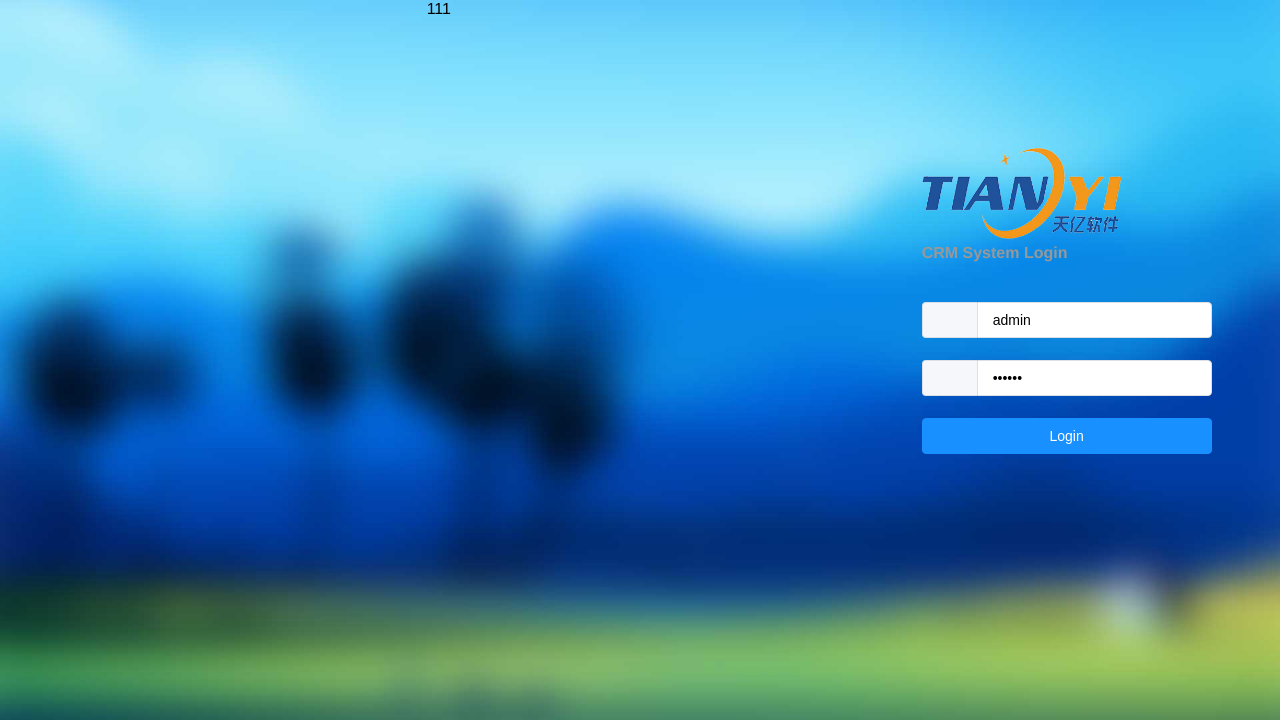
Repository: JasonMMM/ty-crm-sys
Page: /
These files come from the project's save history. The page is drawn as it stood at one moment and after a run of saves; the edit follows.
The browser window is 1280 px wide. The pictures show the whole page.
The project was rebuilt for these pictures with package versions that can differ from the ones it lists, and the page was loaded fresh each time. Also part of the build but not shown: vue.config.js, src/components/RightPanel/index.vue, src/layout/components/AppMain.vue, src/utils/i18n.js, src/components/Breadcrumb/index.vue, src/components/Hamburger/index.vue, src/components/ErrorLog/index.vue, src/components/Screenfull/index.vue and 18 more.

Above is the page before, as saved 2020-07-24 09:05:07.

### src/styles/element-variables.scss
/**
* I think element-ui's default theme color is too light for long-term use.
* So I modified the default color and you can modify it to your liking.
**/

/* theme color */
$--color-primary: #1890ff;
$--color-success: #13ce66;
$--color-warning: #ffba00;
$--color-danger: #ff4949;
// $--color-info: #1E1E1E;

$--button-font-weight: 400;

// $--color-text-regular: #1f2d3d;

$--border-color-light: #dfe4ed;
$--border-color-lighter: #e6ebf5;

$--table-border: 1px solid #dfe6ec;

/* icon font path, required */
$--font-path: "~element-ui/lib/theme-chalk/fonts";

@import "~element-ui/packages/theme-chalk/src/index";

// the :export directive is the magic sauce for webpack
// https://www.bluematador.com/blog/how-to-share-variables-between-js-and-sass
:export {
  theme: $--color-primary;
}

### src/styles/index.scss
@import './variables.scss';
@import './mixin.scss';
@import './transition.scss';
@import './element-ui.scss';
@import './sidebar.scss';
@import './btn.scss';

body {
  height: 100%;
  -moz-osx-font-smoothing: grayscale;
  -webkit-font-smoothing: antialiased;
  text-rendering: optimizeLegibility;
  font-family: Helvetica Neue, Helvetica, PingFang SC, Hiragino Sans GB, Microsoft YaHei, Arial, sans-serif;
}

label {
  font-weight: 700;
}

html {
  height: 100%;
  box-sizing: border-box;
}

#app {
  height: 100%;
}

*,
*:before,
*:after {
  box-sizing: inherit;
}

.no-padding {
  padding: 0px !important;
}

.padding-content {
  padding: 4px 0;
}

a:focus,
a:active {
  outline: none;
}

a,
a:focus,
a:hover {
  cursor: pointer;
  color: inherit;
  text-decoration: none;
}

div:focus {
  outline: none;
}

.fr {
  float: right;
}

.fl {
  float: left;
}

.pr-5 {
  padding-right: 5px;
}

.pl-5 {
  padding-left: 5px;
}

.block {
  display: block;
}

.pointer {
  cursor: pointer;
}

.inlineBlock {
  display: block;
}

.clearfix {
  &:after {
    visibility: hidden;
    display: block;
    font-size: 0;
    content: " ";
    clear: both;
    height: 0;
  }
}

aside {
  background: #eef1f6;
  padding: 8px 24px;
  margin-bottom: 20px;
  border-radius: 2px;
  display: block;
  line-height: 32px;
  font-size: 16px;
  font-family: -apple-system, BlinkMacSystemFont, "Segoe UI", Roboto, Oxygen, Ubuntu, Cantarell, "Fira Sans", "Droid Sans", "Helvetica Neue", sans-serif;
  color: #2c3e50;
  -webkit-font-smoothing: antialiased;
  -moz-osx-font-smoothing: grayscale;

  a {
    color: #337ab7;
    cursor: pointer;

    &:hover {
      color: rgb(32, 160, 255);
    }
  }
}

//main-container全局样式
.app-container {
  padding: 20px;
}

.components-container {
  margin: 30px 50px;
  position: relative;
}

.pagination-container {
  margin-top: 30px;
}

.text-center {
  text-align: center
}

.sub-navbar {
  height: 50px;
  line-height: 50px;
  position: relative;
  width: 100%;
  text-align: right;
  padding-right: 20px;
  transition: 600ms ease position;
  background: linear-gradient(90deg, rgba(32, 182, 249, 1) 0%, rgba(32, 182, 249, 1) 0%, rgba(33, 120, 241, 1) 100%, rgba(33, 120, 241, 1) 100%);

  .subtitle {
    font-size: 20px;
    color: #fff;
  }

  &.draft {
    background: #d0d0d0;
  }

  &.deleted {
    background: #d0d0d0;
  }
}

.link-type,
.link-type:focus {
  color: #337ab7;
  cursor: pointer;

  &:hover {
    color: rgb(32, 160, 255);
  }
}

.filter-container {
  padding-bottom: 10px;

  .filter-item {
    display: inline-block;
    vertical-align: middle;
    margin-bottom: 10px;
  }
}

//refine vue-multiselect plugin
.multiselect {
  line-height: 16px;
}

.multiselect--active {
  z-index: 1000 !important;
}

### src/utils/error-log.js
import Vue from 'vue'
import store from '@/store'
import { isString, isArray } from '@/utils/validate'
import settings from '@/settings'

// you can set in settings.js
// errorLog:'production' | ['production', 'development']
const { errorLog: needErrorLog } = settings

function checkNeed() {
  const env = process.env.NODE_ENV
  if (isString(needErrorLog)) {
    return env === needErrorLog
  }
  if (isArray(needErrorLog)) {
    return needErrorLog.includes(env)
  }
  return false
}

if (checkNeed()) {
  Vue.config.errorHandler = function(err, vm, info, a) {
  // Don't ask me why I use Vue.nextTick, it just a hack.
  // detail see https://forum.vuejs.org/t/dispatch-in-vue-config-errorhandler-has-some-problem/23500
    Vue.nextTick(() => {
      store.dispatch('errorLog/addErrorLog', {
        err,
        vm,
        info,
        url: window.location.href
      })
      console.error(err, info)
    })
  }
}

### src/styles/mixin.scss
@mixin clearfix {
  &:after {
    content: "";
    display: table;
    clear: both;
  }
}

@mixin scrollBar {
  &::-webkit-scrollbar-track-piece {
    background: #d3dce6;
  }

  &::-webkit-scrollbar {
    width: 6px;
  }

  &::-webkit-scrollbar-thumb {
    background: #99a9bf;
    border-radius: 20px;
  }
}

@mixin relative {
  position: relative;
  width: 100%;
  height: 100%;
}

@mixin pct($pct) {
  width: #{$pct};
  position: relative;
  margin: 0 auto;
}

@mixin triangle($width, $height, $color, $direction) {
  $width: $width/2;
  $color-border-style: $height solid $color;
  $transparent-border-style: $width solid transparent;
  height: 0;
  width: 0;

  @if $direction==up {
    border-bottom: $color-border-style;
    border-left: $transparent-border-style;
    border-right: $transparent-border-style;
  }

  @else if $direction==right {
    border-left: $color-border-style;
    border-top: $transparent-border-style;
    border-bottom: $transparent-border-style;
  }

  @else if $direction==down {
    border-top: $color-border-style;
    border-left: $transparent-border-style;
    border-right: $transparent-border-style;
  }

  @else if $direction==left {
    border-right: $color-border-style;
    border-top: $transparent-border-style;
    border-bottom: $transparent-border-style;
  }
}

### src/styles/transition.scss
// global transition css

/* fade */
.fade-enter-active,
.fade-leave-active {
  transition: opacity 0.28s;
}

.fade-enter,
.fade-leave-active {
  opacity: 0;
}

/* fade-transform */
.fade-transform-leave-active,
.fade-transform-enter-active {
  transition: all .5s;
}

.fade-transform-enter {
  opacity: 0;
  transform: translateX(-30px);
}

.fade-transform-leave-to {
  opacity: 0;
  transform: translateX(30px);
}

/* breadcrumb transition */
.breadcrumb-enter-active,
.breadcrumb-leave-active {
  transition: all .5s;
}

.breadcrumb-enter,
.breadcrumb-leave-active {
  opacity: 0;
  transform: translateX(20px);
}

.breadcrumb-move {
  transition: all .5s;
}

.breadcrumb-leave-active {
  position: absolute;
}

### src/styles/element-ui.scss
// cover some element-ui styles

.el-breadcrumb__inner,
.el-breadcrumb__inner a {
  font-weight: 400 !important;
}

.el-upload {
  input[type="file"] {
    display: none !important;
  }
}

.el-upload__input {
  display: none;
}

.cell {
  .el-tag {
    margin-right: 0px;
  }
}

.small-padding {
  .cell {
    padding-left: 5px;
    padding-right: 5px;
  }
}

.fixed-width {
  .el-button--mini {
    padding: 7px 10px;
    min-width: 60px;
  }
}

.status-col {
  .cell {
    padding: 0 10px;
    text-align: center;

    .el-tag {
      margin-right: 0px;
    }
  }
}

// to fixed https://github.com/ElemeFE/element/issues/2461
.el-dialog {
  transform: none;
  left: 0;
  position: relative;
  margin: 0 auto;
}

// refine element ui upload
.upload-container {
  .el-upload {
    width: 100%;

    .el-upload-dragger {
      width: 100%;
      height: 200px;
    }
  }
}

// dropdown
.el-dropdown-menu {
  a {
    display: block
  }
}

// fix date-picker ui bug in filter-item
.el-range-editor.el-input__inner {
  display: inline-flex !important;
}

// to fix el-date-picker css style
.el-range-separator {
  box-sizing: content-box;
}

### src/styles/sidebar.scss
#app {

  .main-container {
    min-height: 100%;
    transition: margin-left .28s;
    margin-left: $sideBarWidth;
    position: relative;
  }

  .sidebar-container {
    transition: width 0.28s;
    width: $sideBarWidth !important;
    background-color: $menuBg;
    height: 100%;
    position: fixed;
    font-size: 0px;
    top: 0;
    bottom: 0;
    left: 0;
    z-index: 1001;
    overflow: hidden;

    // reset element-ui css
    .horizontal-collapse-transition {
      transition: 0s width ease-in-out, 0s padding-left ease-in-out, 0s padding-right ease-in-out;
    }

    .scrollbar-wrapper {
      overflow-x: hidden !important;
    }

    .el-scrollbar__bar.is-vertical {
      right: 0px;
    }

    .el-scrollbar {
      height: 100%;
    }

    &.has-logo {
      .el-scrollbar {
        height: calc(100% - 50px);
      }
    }

    .is-horizontal {
      display: none;
    }

    a {
      display: inline-block;
      width: 100%;
      overflow: hidden;
    }

    .svg-icon {
      margin-right: 16px;
    }

    .sub-el-icon {
      margin-right: 12px;
      margin-left: -2px;
    }

    .el-menu {
      border: none;
      height: 100%;
      width: 100% !important;
    }

    // menu hover
    .submenu-title-noDropdown,
    .el-submenu__title {
      &:hover {
        background-color: $menuHover !important;
      }
    }

    .is-active>.el-submenu__title {
      color: $subMenuActiveText !important;
    }

    & .nest-menu .el-submenu>.el-submenu__title,
    & .el-submenu .el-menu-item {
      min-width: $sideBarWidth !important;
      background-color: $subMenuBg !important;

      &:hover {
        background-color: $subMenuHover !important;
      }
    }
  }

  .hideSidebar {
    .sidebar-container {
      width: 54px !important;
    }

    .main-container {
      margin-left: 54px;
    }

    .submenu-title-noDropdown {
      padding: 0 !important;
      position: relative;

      .el-tooltip {
        padding: 0 !important;

        .svg-icon {
          margin-left: 20px;
        }

        .sub-el-icon {
          margin-left: 19px;
        }
      }
    }

    .el-submenu {
      overflow: hidden;

      &>.el-submenu__title {
        padding: 0 !important;

        .svg-icon {
          margin-left: 20px;
        }

        .sub-el-icon {
          margin-left: 19px;
        }

        .el-submenu__icon-arrow {
          display: none;
        }
      }
    }

    .el-menu--collapse {
      .el-submenu {
        &>.el-submenu__title {
          &>span {
            height: 0;
            width: 0;
            overflow: hidden;
            visibility: hidden;
            display: inline-block;
          }
        }
      }
    }
  }

  .el-menu--collapse .el-menu .el-submenu {
    min-width: $sideBarWidth !important;
  }

  // mobile responsive
  .mobile {
    .main-container {
      margin-left: 0px;
    }

    .sidebar-container {
      transition: transform .28s;
      width: $sideBarWidth !important;
    }

    &.hideSidebar {
      .sidebar-container {
        pointer-events: none;
        transition-duration: 0.3s;
        transform: translate3d(-$sideBarWidth, 0, 0);
      }
    }
  }

  .withoutAnimation {

    .main-container,
    .sidebar-container {
      transition: none;
    }
  }
}

// when menu collapsed
.el-menu--vertical {
  &>.el-menu {
    .svg-icon {
      margin-right: 16px;
    }
    .sub-el-icon {
      margin-right: 12px;
      margin-left: -2px;
    }
  }

  .nest-menu .el-submenu>.el-submenu__title,
  .el-menu-item {
    &:hover {
      // you can use $subMenuHover
      background-color: $menuHover !important;
    }
  }

  // the scroll bar appears when the subMenu is too long
  >.el-menu--popup {
    max-height: 100vh;
    overflow-y: auto;

    &::-webkit-scrollbar-track-piece {
      background: #d3dce6;
    }

    &::-webkit-scrollbar {
      width: 6px;
    }

    &::-webkit-scrollbar-thumb {
      background: #99a9bf;
      border-radius: 20px;
    }
  }
}

### src/styles/btn.scss
@import './variables.scss';

@mixin colorBtn($color) {
  background: $color;

  &:hover {
    color: $color;

    &:before,
    &:after {
      background: $color;
    }
  }
}

.blue-btn {
  @include colorBtn($blue)
}

.light-blue-btn {
  @include colorBtn($light-blue)
}

.red-btn {
  @include colorBtn($red)
}

.pink-btn {
  @include colorBtn($pink)
}

.green-btn {
  @include colorBtn($green)
}

.tiffany-btn {
  @include colorBtn($tiffany)
}

.yellow-btn {
  @include colorBtn($yellow)
}

.pan-btn {
  font-size: 14px;
  color: #fff;
  padding: 14px 36px;
  border-radius: 8px;
  border: none;
  outline: none;
  transition: 600ms ease all;
  position: relative;
  display: inline-block;

  &:hover {
    background: #fff;

    &:before,
    &:after {
      width: 100%;
      transition: 600ms ease all;
    }
  }

  &:before,
  &:after {
    content: '';
    position: absolute;
    top: 0;
    right: 0;
    height: 2px;
    width: 0;
    transition: 400ms ease all;
  }

  &::after {
    right: inherit;
    top: inherit;
    left: 0;
    bottom: 0;
  }
}

.custom-button {
  display: inline-block;
  line-height: 1;
  white-space: nowrap;
  cursor: pointer;
  background: #fff;
  color: #fff;
  -webkit-appearance: none;
  text-align: center;
  box-sizing: border-box;
  outline: 0;
  margin: 0;
  padding: 10px 15px;
  font-size: 14px;
  border-radius: 4px;
}

### src/views/login/index.vue
<template>
  <div class="login-container">
    <img class="login-bg-img" src="@/assets/images/login/blur/morning_blur.jpg" alt="">
    <el-row class="login-container-row">
      <el-col :sm="8" :offset="8" class="hidden-sm-and-down">
        111
      </el-col>
      <el-col :sm="8" :xs="{span: 20, offset: 2}" class="login-left-col">
        <el-form
          ref="loginForm"
          :model="loginForm"
          :rules="loginRules"
          class="login-form"
          autocomplete="on"
          label-position="left"
        >
          <el-col :sm="{span: 18, offset:3}">
            <div class="title-logo">
              <img src="@/assets/images/tianyi_logo_png.png" alt="">
            </div>
            <div class="title-container">
              <h3 class="title">{{ $t('login.title') }}</h3>
              <lang-select class="set-language" />
            </div>
            <el-form-item prop="username">
              <el-input
                ref="username"
                v-model="loginForm.username"
                :placeholder="$t('login.username')"
                name="username"
                type="text"
                autocomplete="on"
              >
                <template slot="prepend">
                  <svg-icon icon-class="user" />
                </template>
              </el-input>
            </el-form-item>

            <el-tooltip v-model="capsTooltip" content="大写已打开" placement="right" manual>
              <el-form-item prop="password">
                <el-input
                  :key="passwordType"
                  ref="password"
                  v-model="loginForm.password"
                  :type="passwordType"
                  :placeholder="$t('login.password')"
                  name="password"
                  tabindex="2"
                  autocomplete="on"
                  @keyup.native="checkCapslock"
                  @blur="capsTooltip = false"
                  @keyup.enter.native="handleLogin"
                >
                  <template slot="prepend">
                    <svg-icon icon-class="password" />
                  </template>
                </el-input>
                <span class="show-pwd" @click="showPwd">
                  <svg-icon :icon-class="passwordType === 'password' ? 'eye' : 'eye-open'" />
                </span>
              </el-form-item>
            </el-tooltip>

            <el-button
              :loading="loading"
              type="primary"
              style="width:100%;margin-bottom:30px;"
              @click.native.prevent="handleLogin"
            >{{ $t('login.logIn') }}</el-button>
          </el-col>
        </el-form>
      </el-col>
    </el-row>
  </div>
</template>

<script>
import { validUsername } from "@/utils/validate";
import LangSelect from "@/components/LangSelect";
import SocialSign from "./components/SocialSignin";

export default {
  name: "Login",
  components: { LangSelect, SocialSign },
  data() {
    return {
      loginForm: {
        username: "admin",
        password: "111111",
      },
      loginRules: {
        username: [
          { required: true, trigger: "change", message: "请输入用户名"},
        ],
        password: [
          { required: true, trigger: "blur", message: "请输入密码"},
        ],
      },
      passwordType: "password",
      capsTooltip: false,
      loading: false,
      showDialog: false,
      redirect: undefined,
      otherQuery: {},
    };
  },
  watch: {
    $route: {
      handler: function (route) {
        const query = route.query;
        if (query) {
          this.redirect = query.redirect;
          this.otherQuery = this.getOtherQuery(query);
        }
      },
      immediate: true,
    },
  },
  created() {
    // window.addEventListener('storage', this.afterQRScan)
  },
  mounted() {
    if (this.loginForm.username === "") {
      this.$refs.username.focus();
    } else if (this.loginForm.password === "") {
      this.$refs.password.focus();
    }
  },
  destroyed() {
    // window.removeEventListener('storage', this.afterQRScan)
  },
  methods: {
    checkCapslock(e) {
      const { key } = e;
      this.capsTooltip = key && key.length === 1 && key >= "A" && key <= "Z";
    },
    showPwd() {
      if (this.passwordType === "password") {
        this.passwordType = "";
      } else {
        this.passwordType = "password";
      }
      this.$nextTick(() => {
        this.$refs.password.focus();
      });
    },
    handleLogin() {
      this.$refs.loginForm.validate((valid) => {
        if (valid) {
          this.loading = true;
          this.$store
            .dispatch("user/login", this.loginForm)
            .then(() => {
              this.$router.push({
                path: this.redirect || "/",
                query: this.otherQuery,
              });
              this.loading = false;
            })
            .catch(() => {
              this.loading = false;
            });
        } else {
          console.log("error submit!!");
          return false;
        }
      });
    },
    getOtherQuery(query) {
      return Object.keys(query).reduce((acc, cur) => {
        if (cur !== "redirect") {
          acc[cur] = query[cur];
        }
        return acc;
      }, {});
    },
  },
};
</script>

<style lang="scss">
/* 修复input 背景不协调 和光标变色 */
/* Detail see https://github.com/PanJiaChen/vue-element-admin/pull/927 */

$bg: #283443;
$light_gray: #fff;
$dark_gray: #000000;
$cursor: #fff;

@supports (-webkit-mask: none) and (not (cater-color: $cursor)) {
  .login-container .el-input input {
    color: $cursor;
  }
}

/* reset element-ui css */
.login-container {
  .el-input {
    input {
      color: $dark_gray;
      caret-color: $dark_gray;
    }
  }
  .login-bg-img {
    z-index: 1;
    position: absolute;
    width: 100%;
    height: 100%;
  }
}
</style>

<style lang="scss" scoped>
$bg: #ffffff;
$dark_gray: #000000;
$light_gray: #ffffff;
$row_bg: #000000;

.login-container {
  min-height: 100%;
  width: 100%;
  background-color: $bg;
  overflow: hidden;

  .login-container-row {
    height: 100%;
    position: relative;
    top: 0px;
    bottom: 0px;
    width: 100%;
    z-index: 999;
  }

  .login-left-col {
    padding: 20px;
    margin-top: 8rem;
  }
  .login-right-col {
    left: 0px;
    height: 100%;
    background-color: #ff7700;
    background-image: url("data:[embedded picture, 881 characters]");
    background-attachment: fixed;
    background-size: cover;

    .login-right-title {
      margin-left: 40px;
      margin-top: 60px;

      h1 {
        font-size: 60px;
        color: #ffffff;
      }
    }
  }

  .login-form {
    position: relative;
    width: 520px;
    max-width: 100%;
    // padding: 160px 35px 0;
    margin: 0 auto;
    overflow: hidden;

    .title-logo {
      img{
        width: 200px;
      }
    }
  }

  .tips {
    font-size: 14px;
    color: #fff;
    margin-bottom: 10px;

    span {
      &:first-of-type {
        margin-right: 16px;
      }
    }
  }

  .svg-container {
    padding: 6px 5px 6px 15px;
    color: $dark_gray;
    vertical-align: middle;
    width: 30px;
    display: inline-block;
  }

  .title-container {
    position: relative;

    .title {
      font-size: 16px;
      color: #989898;
      margin: 0px auto 40px auto;
      text-align: left;
      font-weight: bold;
    }

    .set-language {
      color: #1890ff;
      position: absolute;
      top: 3px;
      font-size: 18px;
      right: 0px;
      cursor: pointer;
    }
  }

  .show-pwd {
    position: absolute;
    right: 10px;
    top: 2px;
    font-size: 16px;
    color: $dark_gray;
    cursor: pointer;
    user-select: none;
  }

  .thirdparty-button {
    position: absolute;
    right: 0;
    bottom: 6px;
  }

  @media only screen and (max-width: 470px) {
    .thirdparty-button {
      display: none;
    }
  }
}
</style>

### src/components/SvgIcon/index.vue
<template>
  <div v-if="isExternal" :style="styleExternalIcon" class="svg-external-icon svg-icon" v-on="$listeners" />
  <svg v-else :class="svgClass" aria-hidden="true" v-on="$listeners">
    <use :xlink:href="iconName" />
  </svg>
</template>

<script>
// doc: https://panjiachen.github.io/vue-element-admin-site/feature/component/svg-icon.html#usage
import { isExternal } from '@/utils/validate'

export default {
  name: 'SvgIcon',
  props: {
    iconClass: {
      type: String,
      required: true
    },
    className: {
      type: String,
      default: ''
    }
  },
  computed: {
    isExternal() {
      return isExternal(this.iconClass)
    },
    iconName() {
      return `#icon-${this.iconClass}`
    },
    svgClass() {
      if (this.className) {
        return 'svg-icon ' + this.className
      } else {
        return 'svg-icon'
      }
    },
    styleExternalIcon() {
      return {
        mask: `url(${this.iconClass}) no-repeat 50% 50%`,
        '-webkit-mask': `url(${this.iconClass}) no-repeat 50% 50%`
      }
    }
  }
}
</script>

<style scoped>
.svg-icon {
  width: 1em;
  height: 1em;
  vertical-align: -0.15em;
  fill: currentColor;
  overflow: hidden;
}

.svg-external-icon {
  background-color: currentColor;
  mask-size: cover!important;
  display: inline-block;
}
</style>

### src/components/LangSelect/index.vue
<template>
  <el-dropdown trigger="click" class="international" @command="handleSetLanguage">
    <div>
      <svg-icon class-name="international-icon" icon-class="language" />
    </div>
    <el-dropdown-menu slot="dropdown">
      <el-dropdown-item :disabled="language==='zh'" command="zh">
        中文
      </el-dropdown-item>
      <el-dropdown-item :disabled="language==='en'" command="en">
        English
      </el-dropdown-item>
      <el-dropdown-item :disabled="language==='es'" command="es">
        Español
      </el-dropdown-item>
      <el-dropdown-item :disabled="language==='ja'" command="ja">
        日本語
      </el-dropdown-item>
    </el-dropdown-menu>
  </el-dropdown>
</template>

<script>
export default {
  computed: {
    language() {
      return this.$store.getters.language
    }
  },
  methods: {
    handleSetLanguage(lang) {
      this.$i18n.locale = lang
      this.$store.dispatch('app/setLanguage', lang)
      this.$message({
        message: 'Switch Language Success',
        type: 'success'
      })
    }
  }
}
</script>

Loaded but not shown: public/index.html (common file); src/App.vue (common file); src/store/index.js (common file); src/router/index.js (common file); src/icons/index.js (common file); src/store/getters.js (common file); src/store/modules/errorLog.js (common file); src/store/modules/settings.js (common file); src/router/modules/charts.js (common file); src/utils/auth.js (common file); src/utils/get-page-title.js (common file); src/api/user.js (common file); src/utils/index.js (357 lines, source omitted); src/lang/es.js (175 lines, source omitted); src/lang/en.js (175 lines, source omitted); src/lang/ja.js (175 lines, source omitted); src/lang/zh.js (175 lines, source omitted); src/store/modules/tagsView.js (160 lines, source omitted); src/store/modules/user.js (131 lines, source omitted); src/router/modules/components.js (102 lines, source omitted); src/permission.js (74 lines, source omitted); src/utils/request.js (85 lines, source omitted); src/utils/validate.js (87 lines, source omitted); src/router/modules/nested.js (66 lines, source omitted); src/filters/index.js (68 lines, source omitted); src/store/modules/app.js (65 lines, source omitted); src/store/modules/permission.js (69 lines, source omitted); src/lang/index.js (55 lines, source omitted); src/main.js (54 lines, source omitted); src/router/modules/table.js (41 lines, source omitted); src/settings.js (42 lines, source omitted)

After the next 2 saves:
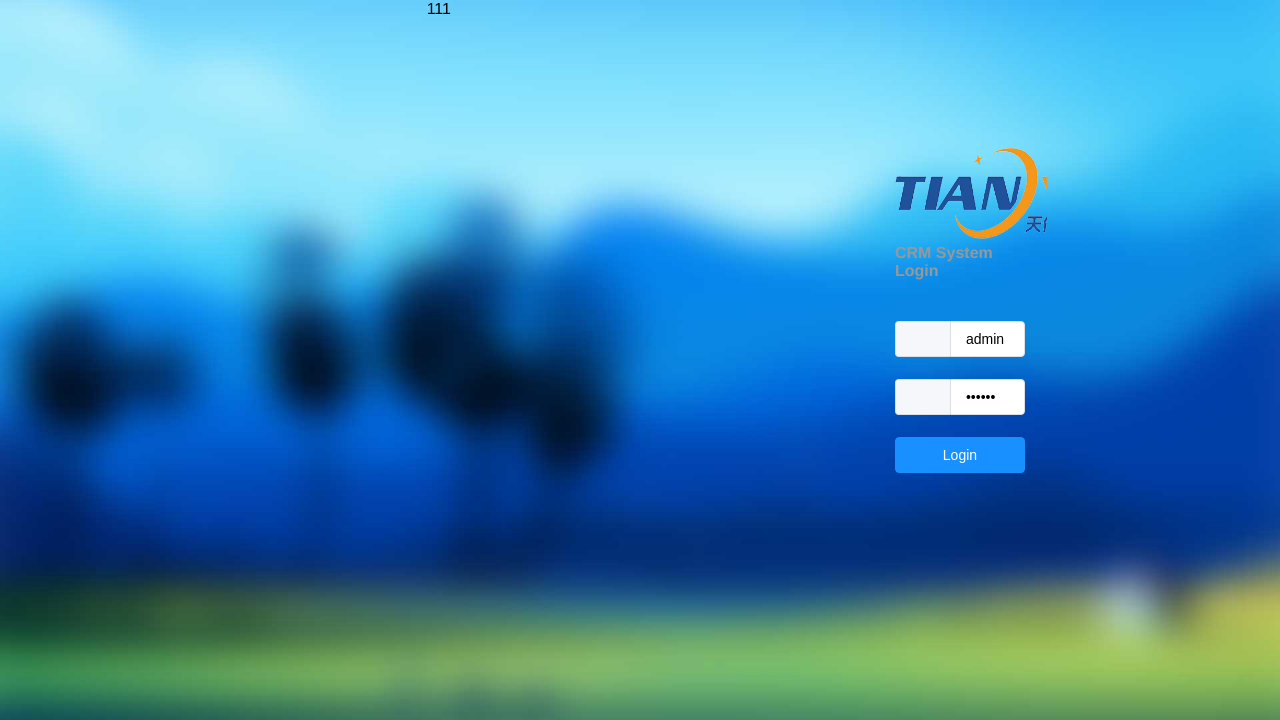
The 2 saves are shown as one change because they came seconds apart.
The last was saved 24 s later.
--- a/src/views/login/index.vue
+++ b/src/views/login/index.vue
@@ -5,7 +5,7 @@
       <el-col :sm="8" :offset="8" class="hidden-sm-and-down">
         111
       </el-col>
-      <el-col :sm="8" :xs="{span: 20, offset: 2}" class="login-left-col">
+      <el-col :sm="4" :xs="{span: 20, offset: 2}" class="login-left-col">
         <el-form
           ref="loginForm"
           :model="loginForm"
